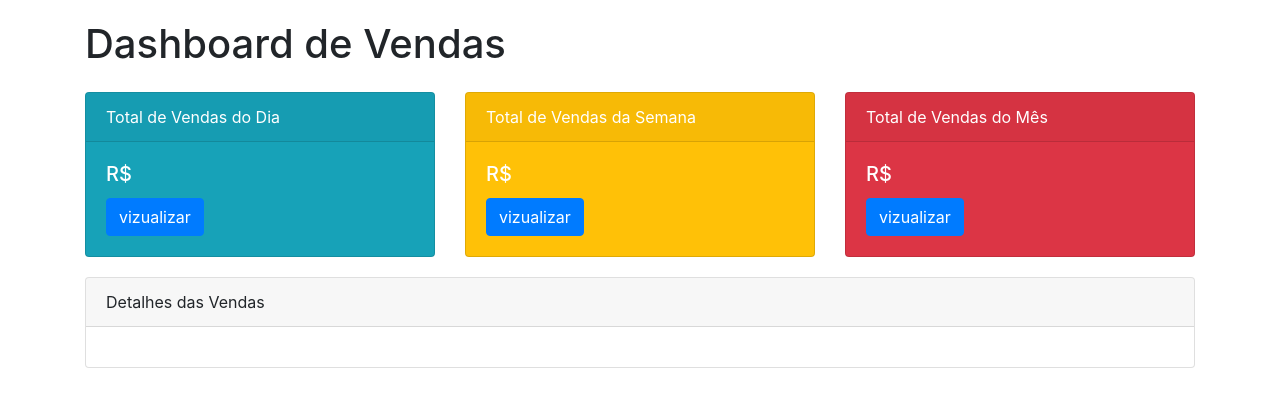
Repository: joaobatistafrontend/vendas_produto
Page: templates/dashboard.html
These files come from the project's save history. The page is drawn as it stood at one moment and after the next save; the edit follows.
The browser window is 1280 px wide. The pictures show the whole page.
The template is drawn by Django 5.2. The application's start-up code is not run. Other server files are loaded and not shown. The template is opened directly, without the code that normally fills it, so the values that code supplies are empty.

Above is the page before, as saved 2024-08-04 16:01:18.

### templates/dashboard.html
<!DOCTYPE html>
<html lang="en">
<head>
    <meta charset="UTF-8">
    <meta name="viewport" content="width=device-width, initial-scale=1.0">
    <title>Dashboard de Vendas</title>
    <link rel="stylesheet" href="https://stackpath.bootstrapcdn.com/bootstrap/4.5.2/css/bootstrap.min.css">
    <style>
        body {
            padding: 20px;
        }
        .card {
            margin-bottom: 20px;
        }
    </style>
</head>
<body>
    <div class="container">
        <h1 class="mb-4">Dashboard de Vendas</h1>

        <div class="row">
            <!-- <div class="col-md-4">
                <div class="card text-white bg-primary">
                    <div class="card-header">Total de Vendas</div>
                    <div class="card-body">
                        <h5 class="card-title">R${{ total }}</h5>
                    </div>
                </div>
            </div> -->

            <div class="col-md-4">
                <div class="card text-white bg-info">
                    <div class="card-header">Total de Vendas do Dia</div>
                    <div class="card-body">
                        <h5 class="card-title">R${{ total_dia }}</h5>
                        <button class="btn btn-primary">vizualizar</button>
                    </div>
                </div>
            </div>

            <div class="col-md-4">
                <div class="card text-white bg-warning">
                    <div class="card-header">Total de Vendas da Semana</div>
                    <div class="card-body">
                        <h5 class="card-title">R${{ total_semana }}</h5>
                        <button class="btn btn-primary">vizualizar</button>
                    </div>
                </div>
            </div>

            <div class="col-md-4">
                <div class="card text-white bg-danger">
                    <div class="card-header">Total de Vendas do Mês</div>
                    <div class="card-body">
                        <h5 class="card-title">R${{ total_mes }}</h5>
                        <button class="btn btn-primary">vizualizar</button>
                    </div>
                </div>
            </div>

            {% if mais_vendido %}
            <div class="col-md-8">
                <div class="card text-white bg-success">
                    <div class="card-header">Produto Mais Vendido</div>
                    <div class="card-body">
                        <h5 class="card-title">Produto: {{ mais_vendido.produto__nome_produto }}</h5>
                        <p class="card-text">Quantidade Vendida: {{ mais_vendido.total_vendido }}</p>
                        <p class="card-text">Total Arrecadado: R${{ mais_vendido.total_revenue }}</p>
                    </div>
                </div>
            </div>
            {% endif %}
        </div>

        <div class="card">
            <div class="card-header">Detalhes das Vendas</div>
            <div class="card-body">
                <ul class="list-group">
                    {% for venda in vendas %}
                        <li class="list-group-item">
                            {{ venda.produto.nome_produto }} - {{ venda.qtd }} unidades - Total: R${{ venda.total }} - Data: {{ venda.data_venda }}
                        </li>
                    {% endfor %}
                </ul>
            </div>
        </div>

        {% if vendas_mensais %}
        <div class="card mt-4">
            <div class="card-header">Vendas Mensais</div>
            <div class="card-body">
                <ul class="list-group">

                    {% for venda in vendas_mensais %}
                        <li class="list-group-item">
                            Mês: {{ venda.data_venda__month }}/{{ venda.data_venda__year }} - Total {{ venda.total_mensal }}
                        </li>
                    {% endfor %}
                </ul>
            </div>
        </div>
        {% endif %}




    </div>

    <script src="https://code.jquery.com/jquery-3.5.1.slim.min.js"></script>
    <script src="https://cdn.jsdelivr.net/npm/@popperjs/core@2.11.6/dist/umd/popper.min.js"></script>
    <script src="https://stackpath.bootstrapcdn.com/bootstrap/4.5.2/js/bootstrap.min.js"></script>
</body>
</html>

After the next save:
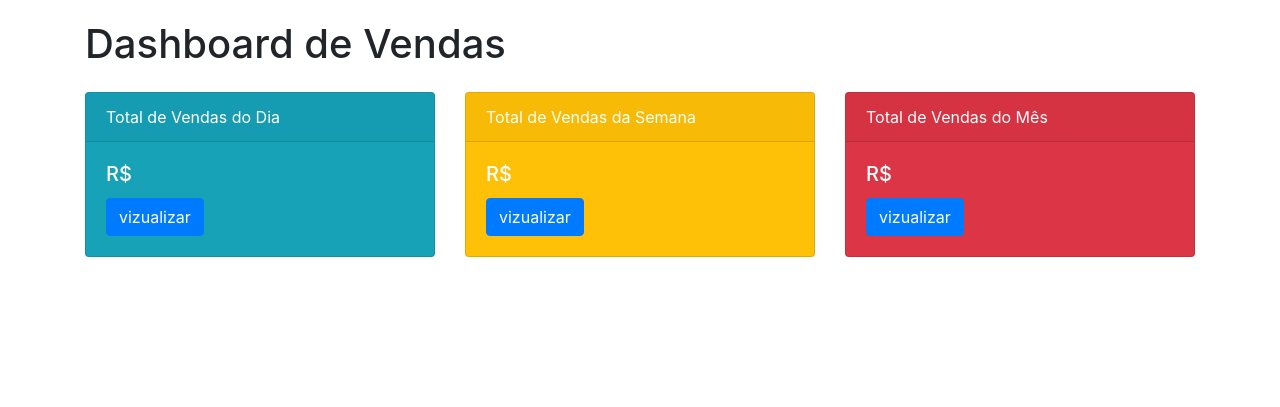
Saved 80 s later.
--- a/templates/dashboard.html
+++ b/templates/dashboard.html
@@ -72,7 +72,7 @@
             {% endif %}
         </div>
 
-        <div class="card">
+        <!-- <div class="card">
             <div class="card-header">Detalhes das Vendas</div>
             <div class="card-body">
                 <ul class="list-group">
@@ -83,7 +83,7 @@
                     {% endfor %}
                 </ul>
             </div>
-        </div>
+        </div> -->
 
         {% if vendas_mensais %}
         <div class="card mt-4">
